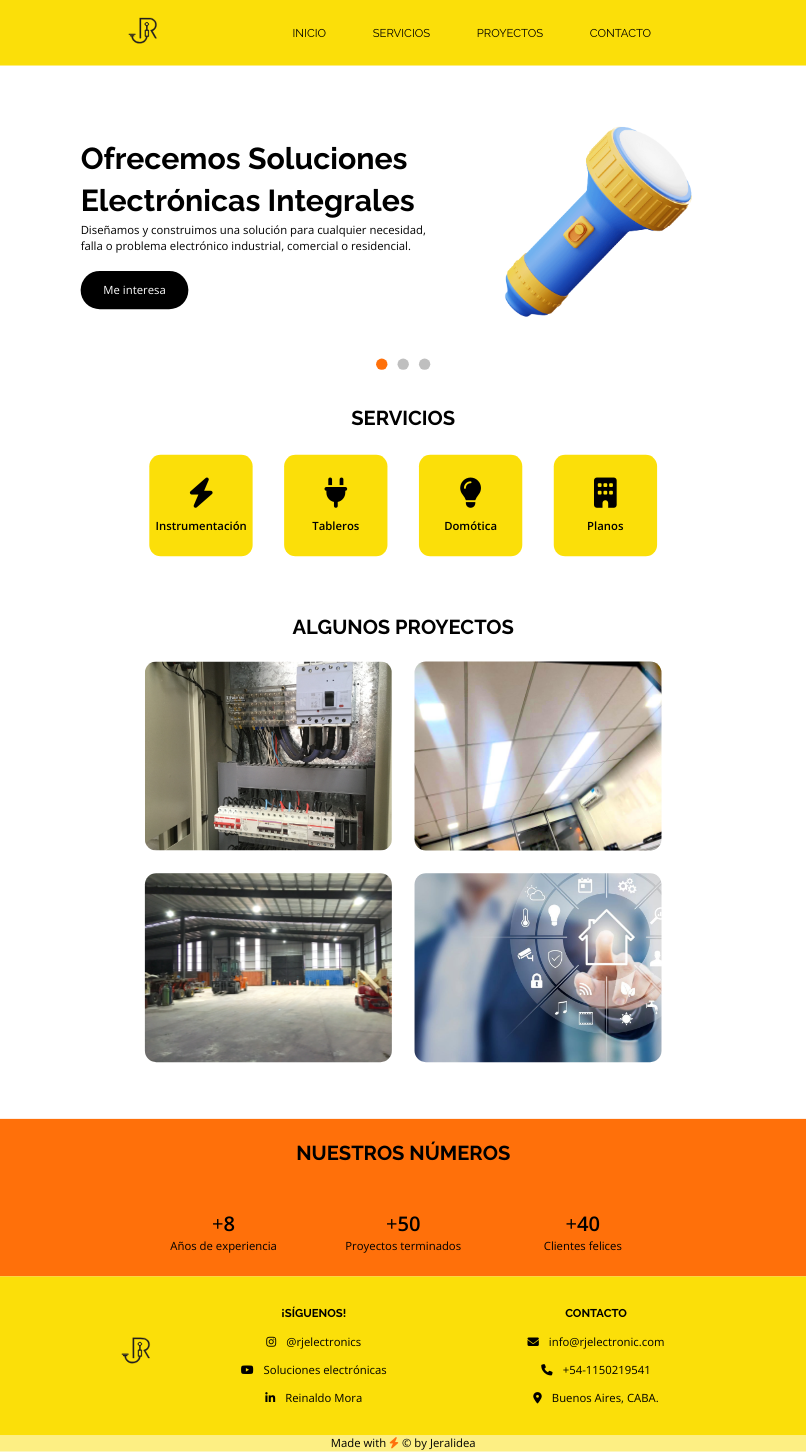
Repository: jeraldinnemg/rjelectronics
Page: index.html
An editor plug-in stored every save of this project. The page is shown before and after the next save, followed by the edit.
The browser window is 1280 px wide. The pictures show the whole page, at 63% of full size.
Some web libraries are served in a nearby version.

Above is the page before, as saved 2022-08-04 21:07:12.

After the next save:
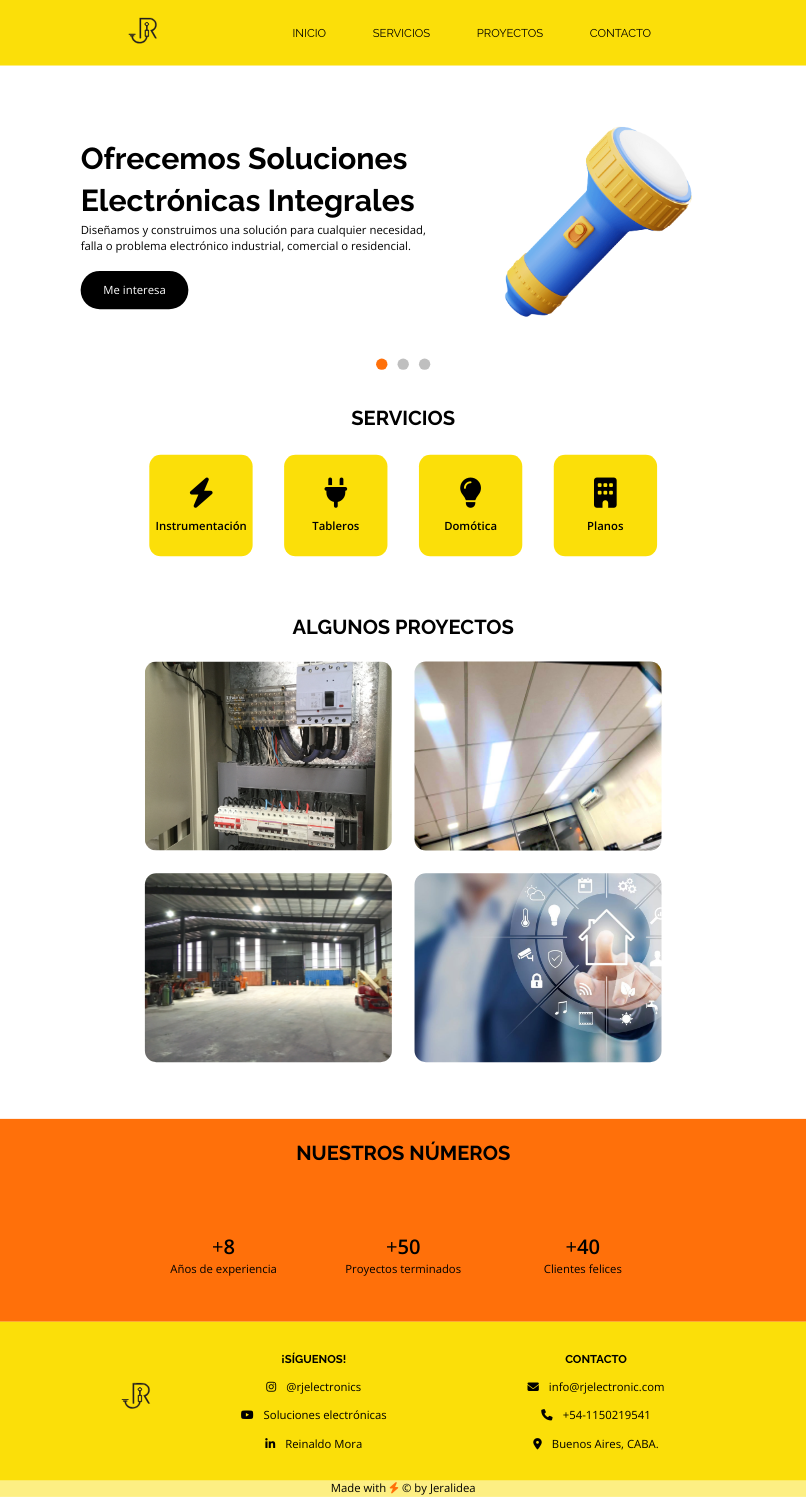
Saved 8 s later.
--- a/index.css
+++ b/index.css
@@ -477,7 +477,7 @@ i:hover{
 }
 
 .static{
-    padding: 2em 0em;
+    padding: 4em 0em;
 
 }
 
